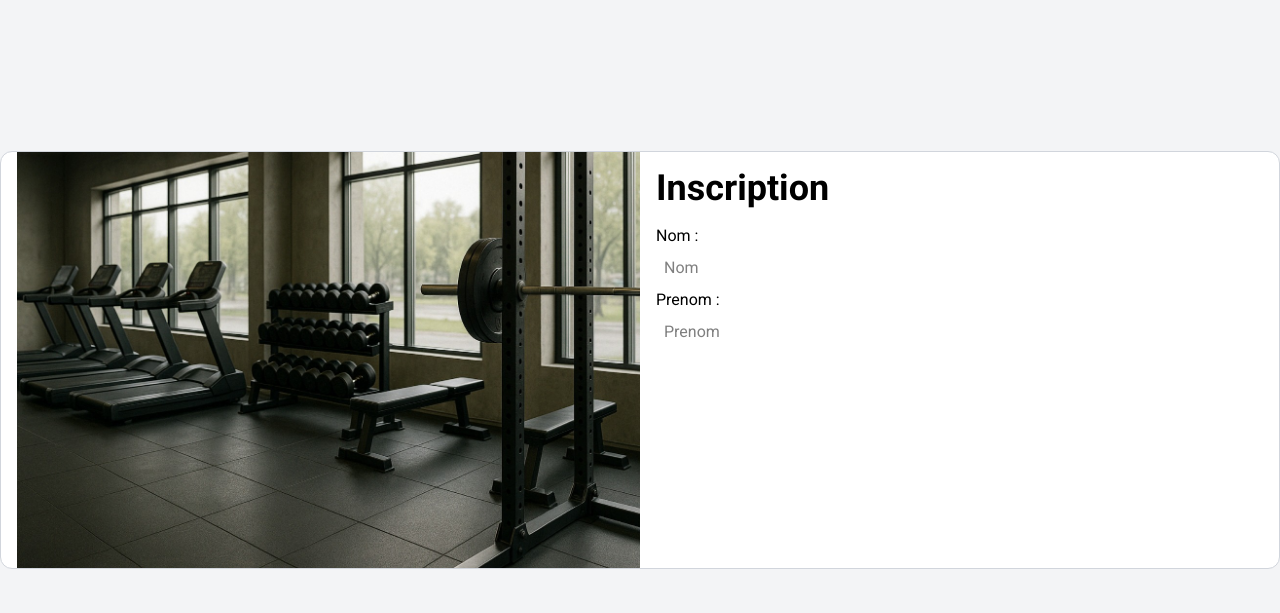
Repository: fahchouchsm/clubSportifWeb
Page: src/pages/inscription.html
These files come from the project's save history. The page is drawn as it stood at one moment and after the next save; the edit follows.
The browser window is 1280 px wide. The pictures show the whole page.

Above is the page before, as saved 2025-04-16 18:58:26.

After the next save:
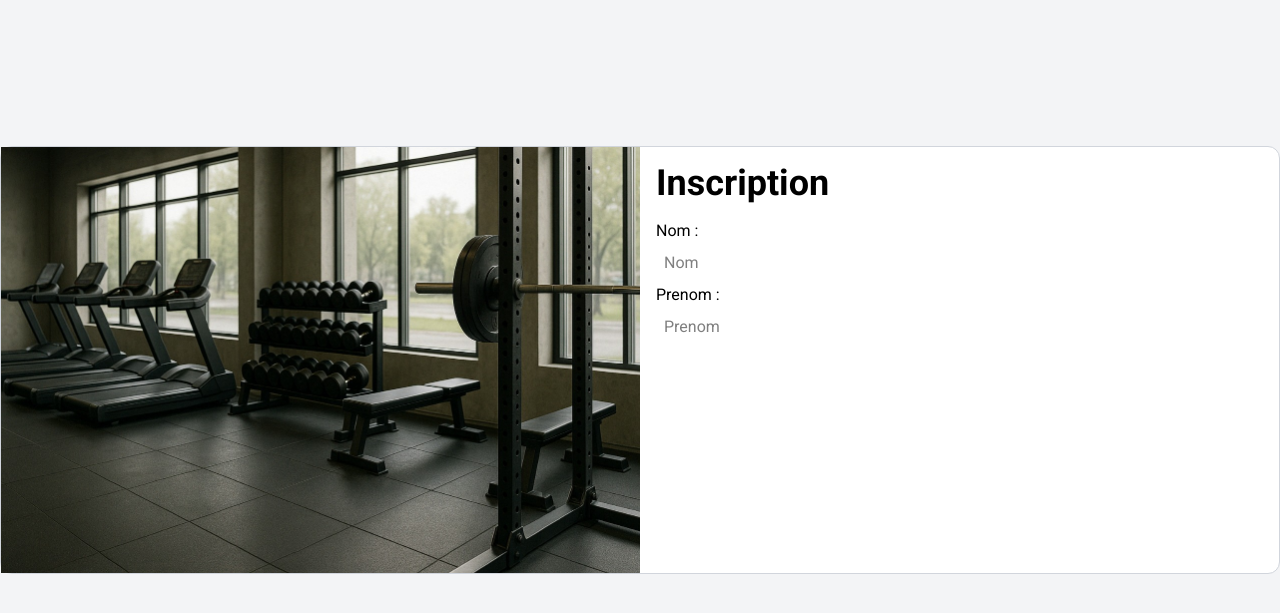
Saved 11 s later.
--- a/src/pages/inscription.html
+++ b/src/pages/inscription.html
@@ -13,7 +13,7 @@
       class="flex h-screen w-screen items-center justify-center bg-gray-100 px-10"
     >
       <main
-        class="mx-auto flex gap-10 rounded-xl border border-gray-300 bg-white px-4 shadow-lg shadow-gray-400"
+        class="mx-auto flex gap-10 rounded-xl border border-gray-300 bg-white shadow-lg shadow-gray-400"
       >
         <img
           src="../../public/imgs/salleInterieur.jpeg"
